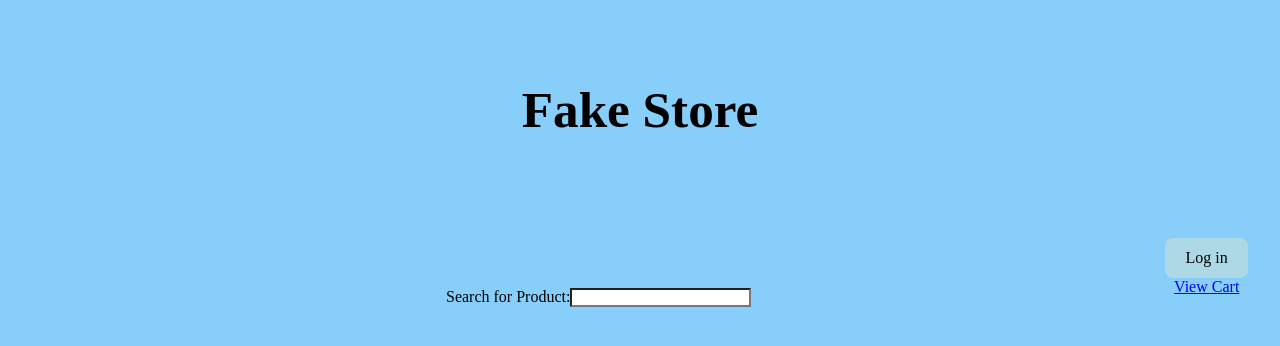
Repository: Andres513/CapStone
Page: /
The author's editor kept a copy of each file at every save. The page is drawn from the files as they stood at one save, then again after the next save.
The browser window is 1280 px wide. The pictures show the whole page.
The page's requests for data from a server got no answer. The project was rebuilt for these pictures with package versions that can differ from the ones it lists, and the page was loaded fresh each time. No one was signed in, and anything a server would have sent is missing. Also part of the build but not shown: vite.config.js, src/components/Login.jsx, src/components/Cart.jsx, src/components/SingleProduct.jsx, src/components/ProductsByCategory.jsx, src/components/LoggedOut.jsx, src/components/Checkout.jsx.

Above is the page before, as saved 2024-04-11 11:08:01.

After the next save:
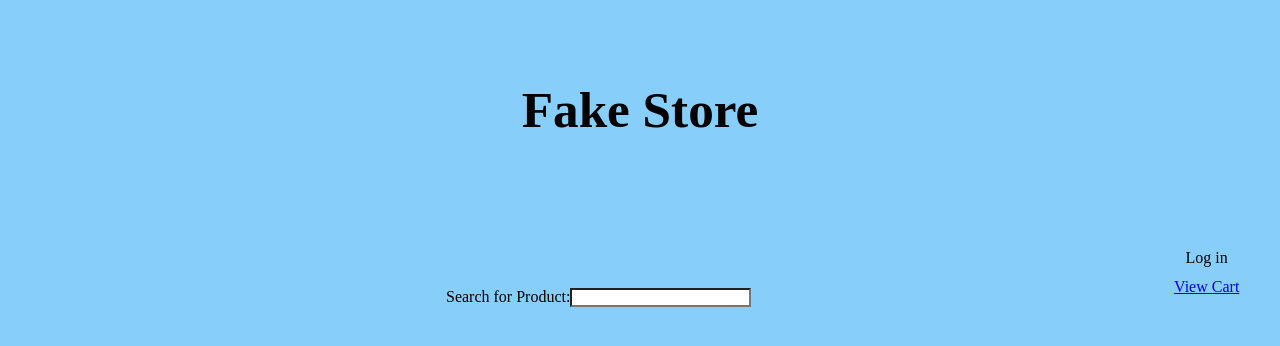
Saved 41 s later.
--- a/src/index.css
+++ b/src/index.css
@@ -63,6 +63,7 @@
   font-size: 1em;
   font-weight: 500;
   font-family: inherit;
+  color: lightblue
   background-color: lightblue;
   cursor: pointer;
   transition: border-color 0.25s;

After the save that followed:
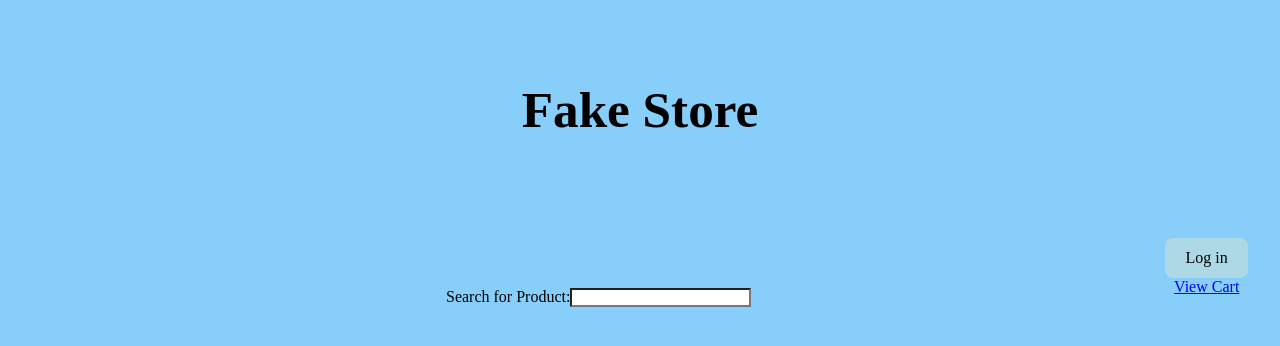
Saved 6 s later.
--- a/src/index.css
+++ b/src/index.css
@@ -63,7 +63,6 @@
   font-size: 1em;
   font-weight: 500;
   font-family: inherit;
-  color: lightblue
   background-color: lightblue;
   cursor: pointer;
   transition: border-color 0.25s;
